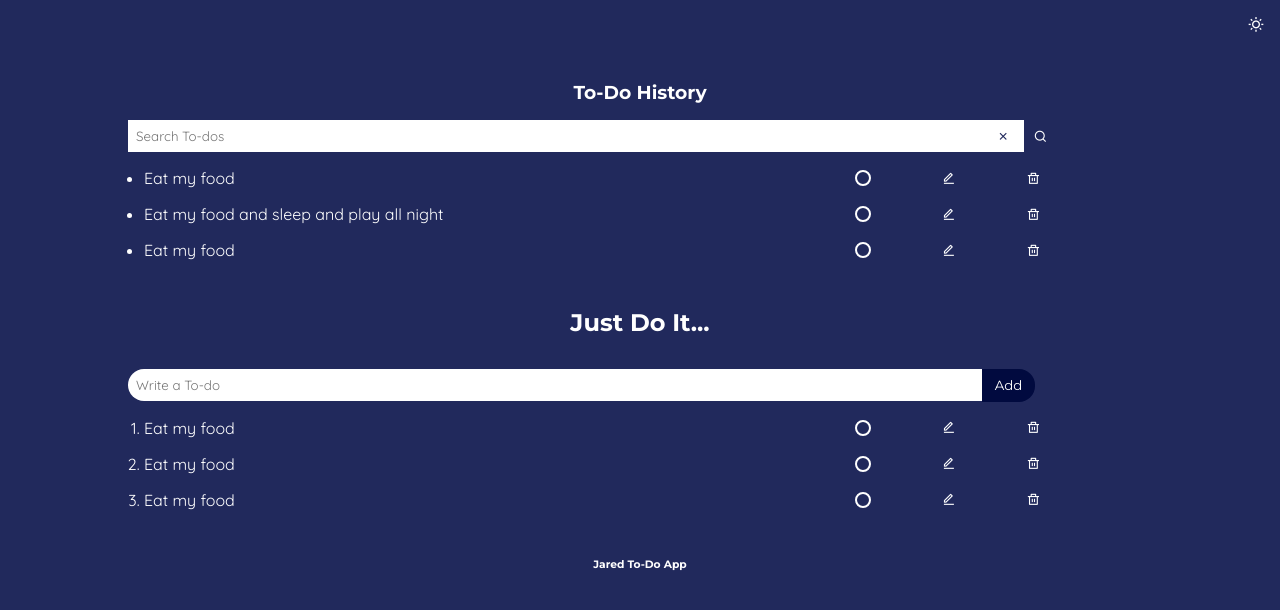
Repository: EguJaredoBoyd/Jared-ToDo-App
Page: main.html
An editor plug-in stored every save of this project. The page is shown before and after the next save, followed by the edit.
The browser window is 1280 px wide. The pictures show the whole page.
Some web libraries are served in a nearby version.

Above is the page before, as saved 2025-12-25 00:12:32.
Not found: js/to-do.j

### main.html
<!DOCTYPE html>
<html lang="en">
  <head>
    <meta charset="UTF-8" />
    <meta name="viewport" content="width=device-width, initial-scale=1.0" />
    <title>Document</title>
    <link
      href="https://cdn.jsdelivr.net/npm/remixicon@4.7.0/fonts/remixicon.css"
      rel="stylesheet"
    />
    <link rel="preconnect" href="https://fonts.googleapis.com" />
    <link rel="preconnect" href="https://fonts.gstatic.com" crossorigin />
    <link
      href="https://fonts.googleapis.com/css2?family=Montserrat:ital,wght@0,100..900;1,100..900&display=swap"
      rel="stylesheet"
    />
    <link rel="preconnect" href="https://fonts.googleapis.com" />
    <link rel="preconnect" href="https://fonts.gstatic.com" crossorigin />
    <link
      href="https://fonts.googleapis.com/css2?family=Quicksand:wght@300..700&display=swap"
      rel="stylesheet"
    />
    <link rel="stylesheet" href="./css/main.css" />
    <script src="./js/theme.js" defer></script>
    <script src="./js/to-do.j" defer></script>
  </head>

  <body id="body">
    <div class="body__todo-wrapper">
      <header>
        <button id="theme"><i class="ri-sun-line" id="sun-icon"></i></button>
      </header>

      <main>
        <section class="todo-history">
          <div>
            <h3>To-Do History</h3>
          </div>
          <div class="todo-history__icon">
            <div>
              <input type="text" placeholder="Search To-dos " />
              <button id="cancel-search-button">
                <i class="ri-close-line"></i>
              </button>
            </div>
            <button id="search-button"><i class="ri-search-line"></i></button>
          </div>
          <div>
            <ul>
              <div class="ul__list">
                <li>Eat my food</li>
                <button>
                  <input type="checkbox" name="checkbox" id="checkbox" />
                </button>
                <button><i class="ri-edit-line"></i></button>
                <button><i class="ri-delete-bin-line"></i></button>
              </div>
              <div class="ul__list">
                <li>Eat my food and sleep and play all night</li>
                <button>
                  <input type="checkbox" name="checkbox" id="checkbox" />
                </button>
                <button><i class="ri-edit-line"></i></button>
                <button><i class="ri-delete-bin-line"></i></button>
              </div>
              <div class="ul__list">
                <li>Eat my food</li>
                <button>
                  <input type="checkbox" name="checkbox" id="checkbox" />
                </button>
                <button>
                  <i class="ri-edit-line"></i>
                </button>
                <button>
                  <i class="ri-delete-bin-line"></i>
                </button>
              </div>
            </ul>
          </div>
        </section>

        <section class="todo-title">
          <div>
            <h2>Just Do It...</h2>
          </div>
        </section>

        <section class="todo-add-task">
          <div class="To-Do">
            <div class="To-Do__create">
              <input type="text" id="to-do" placeholder="Write a To-do" />
              <button id="add-task">Add</button>
            </div>

            <ol id="task-show" class="task-list">
              <div class="ol__list">
                <li>Eat my food</li>
                <button>
                  <input type="checkbox" name="checkbox" id="checkbox" />
                </button>
                <button><i class="ri-edit-line"></i></button>
                <button><i class="ri-delete-bin-line"></i></button>
              </div>
              <div class="ol__list">
                <li>Eat my food</li>
                <button>
                  <input type="checkbox" name="checkbox" id="checkbox" />
                </button>
                <button><i class="ri-edit-line"></i></button>
                <button><i class="ri-delete-bin-line"></i></button>
              </div>
              <div class="ol__list">
                <li>Eat my food</li>
                <button>
                  <input type="checkbox" name="checkbox" id="checkbox" />
                </button>
                <button><i class="ri-edit-line"></i></button>
                <button><i class="ri-delete-bin-line"></i></button>
              </div>
            </ol>
          </div>
        </section>
      </main>

      <footer>
        <div>
          <h6>Jared To-Do App</h6>
        </div>
      </footer>
    </div>
  </body>
</html>

### css/main.css
*,
*::before,
*::after {
  box-sizing: border-box;
  margin: 0;
  padding: 0;
}

:root {
  /* My project colours to use */
  --primary-color: #21295c;
  --secondary-color: #ffffff;

  /* Color for light background */
  --light-primary-color: #83bdf7;
  --light-secondary-color: var(--primary-color);

  /* My font size to use */
  --font-base: 16px;

  /* My spaces to use */
}

html {
  font-size: var(--font-base);
}

body {
  font-family: "Quicksand", sans-serif;
  max-width: 100%;
  width: 100vw;
  max-height: 100vh;
  background-color: var(--primary-color);
  color: var(--secondary-color);
}

body.light-theme {
  background-color: var(--light-primary-color);
  color: var(--light-secondary-color);
}

h2,
h3,
h6 {
  font-family: "Montserrat", sans-serif;
}

button {
  border: none;
  background: none;
  color: var(--secondary-color);
}

input[type="checkbox"] {
  appearance: none;
  width: 1rem;
  height: 1rem;
  border: 2px solid white;
  border-radius: 50%;
  display: grid;
  place-content: center;
  cursor: pointer;
}

input[type="checkbox"]::before {
  content: "";
  width: 10px;
  height: 10px;
  border: 50%;
  transform: scale(0);
  transition: transform 0.2s ease;
  background-color: white;
}

input[type="checkbox"]:checked::before {
  content: "✔️";
  background-color: green;
}

body.light-theme button {
  color: var(--light-secondary-color);
}

.body__todo-wrapper header {
  display: flex;
  justify-content: end;
  align-items: center;
}

.body__todo-wrapper header button {
  padding: 1rem;
}

.body__todo-wrapper header button i {
  font-size: 1rem;
}

main {
  display: flex;
  flex-direction: column;
  align-items: center;
  gap: 2rem;
  margin: 2rem 0;
  max-width: 100vw;
}

.todo-history {
  width: 80vw;
  position: relative;
}

.todo-history div h3 {
  text-align: center;
  margin-bottom: 1rem;
}

.todo-history__icon {
  display: flex;
}

.todo-history__icon div input {
  width: 70vw;
  border: none;
  outline: none;
  padding: 0.5rem;
  font-family: "Quicksand", sans-serif;
}

#cancel-search-button {
  position: relative;
  right: 2rem;
}

#cancel-search-button i {
  color: var(--primary-color);
}

#search-button {
  margin-left: -1rem;
  padding: 0.5rem;
}

.ul__list {
  display: flex;
  justify-content: space-between;
  align-items: center;
  margin: 1rem;
  width: 70vw;
}

.ul__list li {
  width: 50vw;
  max-width: 50vw;
}

.todo-add-task {
  width: 80vw;
}

.To-Do__create {
  max-width: 100vw;
}

.To-Do__create input {
  width: 67vw;
  border: none;
  outline: none;
  padding: 0.5rem;
  font-family: "Quicksand", sans-serif;
  border-top-left-radius: 1rem;
  border-bottom-left-radius: 1rem;
}

.To-Do__create input[type="text"]::placeholder {
  font-family: "Quicksand", sans-serif;
}

.To-Do__create button {
  margin-left: -0.5rem;
  padding: 0.52rem 0.8rem;
  font-family: "Montserrat", sans-serif;
  border-top-right-radius: 1rem;
  border-bottom-right-radius: 1rem;
  background-color: #010a3f;
}

body.light-theme .To-Do__create button {
  background-color: #1c6cbb;
  color: white;
}

.ol__list {
  display: flex;
  justify-content: space-between;
  align-items: center;
  margin: 1rem;
  width: 70vw;
}

.ol__list li {
  width: 50vw;
  max-width: 50vw;
}

footer div {
  text-align: center;
}

### js/theme.js
//Target the theme button
const theme = document.getElementById("theme");
const body = document.getElementById("body");
const themeIcon = document.getElementById("sun-icon");

//Load the chosen theme color
const savedTheme = localStorage.getItem("theme-color");

if (savedTheme === "true") {
  //If the user clicks and it is true, show the light-theme
  body.classList.toggle("light-theme");

  //Now change the icons so that it matches the light theme
  themeIcon.classList.remove("ri-sun-line");
  themeIcon.classList.add("ri-contrast-2-fill");
}

//Action to toggle theme class in-between
function toggleTheme() {
  theme.addEventListener("click", () => {
    const lightTheme = body.classList.toggle("light-theme");

    //Switch between sun and moon icons
    themeIcon.classList.toggle("ri-sun-line");
    themeIcon.classList.toggle("ri-contrast-2-fill");

    //Save the selected background
    localStorage.setItem("theme-color", lightTheme);
  });
}

toggleTheme();

After the next save:
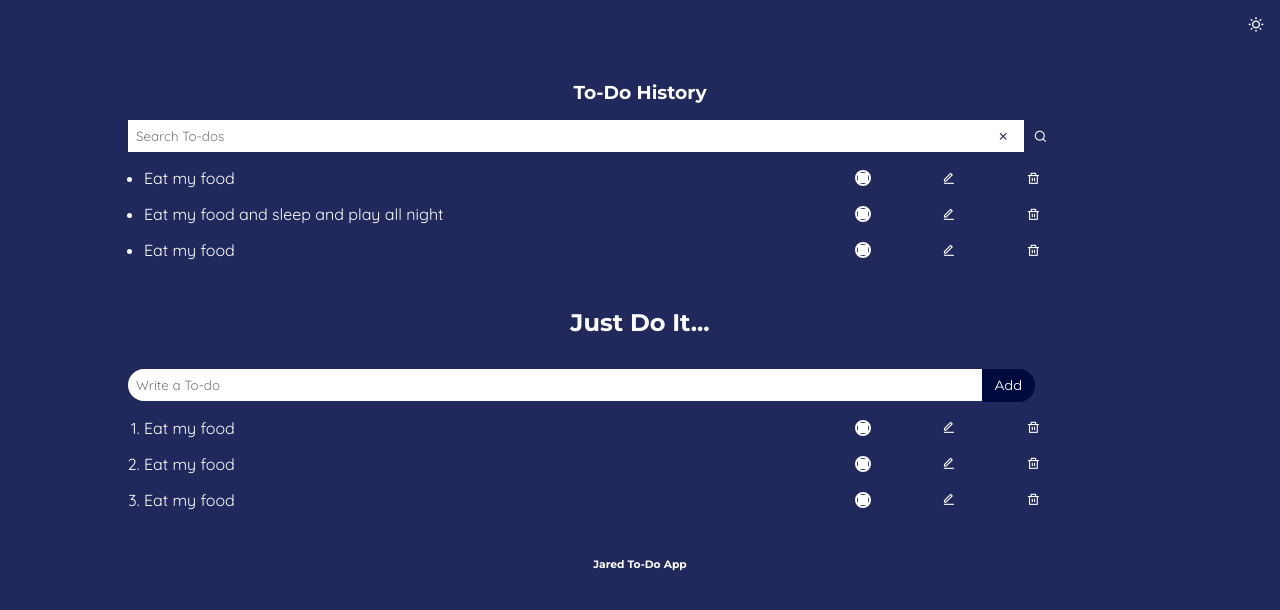
Saved 17 s later.
--- a/css/main.css
+++ b/css/main.css
@@ -67,8 +67,6 @@ input[type="checkbox"]::before {
   width: 10px;
   height: 10px;
   border: 50%;
-  transform: scale(0);
-  transition: transform 0.2s ease;
   background-color: white;
 }
 
